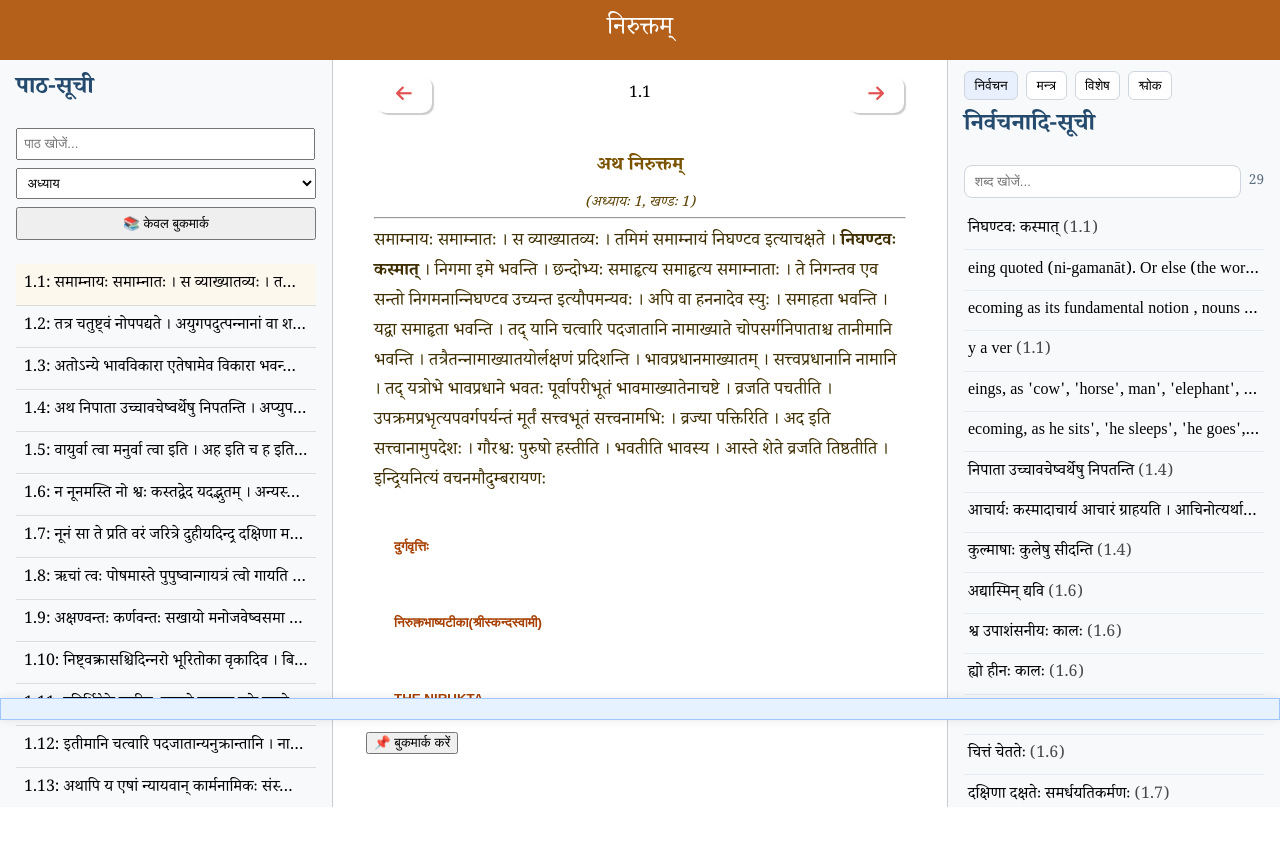
Repository: sanskritsphere/Niruktam
Page: index.html
An editor plug-in stored every save of this project. The page is shown before and after the next save, followed by the edit.
The browser window is 1280 px wide. The pictures show the whole page.
Some web fonts or font styles are not loaded; a fallback is used.

Above is the page before, as saved 2025-12-04 10:02:53.

After the next save:
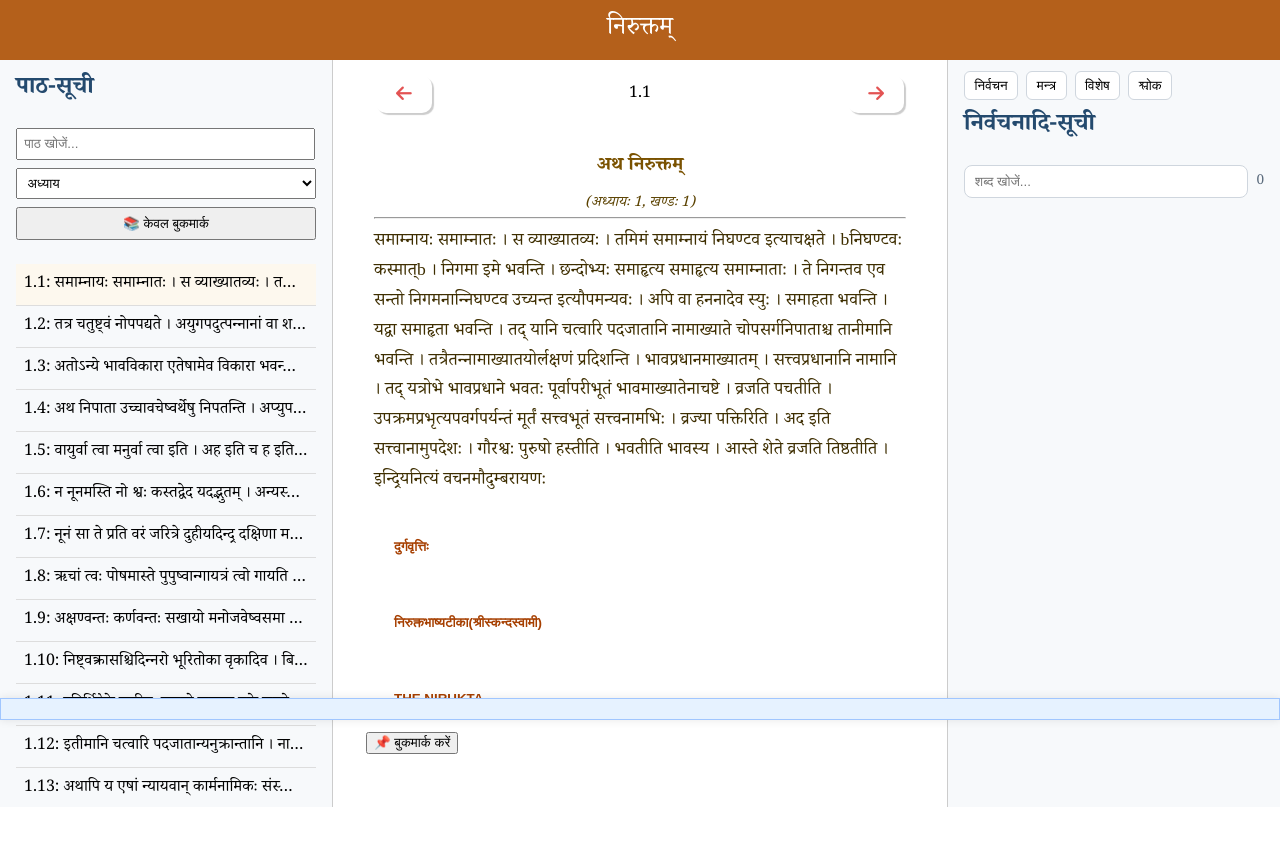
Saved 8 min 50 s later.
--- a/script.js
+++ b/script.js
@@ -4,10 +4,10 @@ let currentIndex = 0;
 let listElements = [];
 
 const TAGS = [
-  { key: 'b', label: 'निर्वचन' },  // b(.*?)b
-  { key: 'm', label: 'मन्त्र' },   // m(.*?)m
-  { key: 'v', label: 'विशेष' },
-  { key: 's', label: 'श्लोक'}     // v(.*?)v
+  { key: '#b', label: 'निर्वचन' },  // #b(.*?)b#
+  { key: '#m', label: 'मन्त्र' },   // #m(.*?)m#
+  { key: '#v', label: 'विशेष' }, // #v(.*?)v#
+  { key: '#s', label: 'श्लोक'}   // #s(.*?)s#
 ];
 
 const termsByTag = {};               // { b:[], m:[], v:[] }
